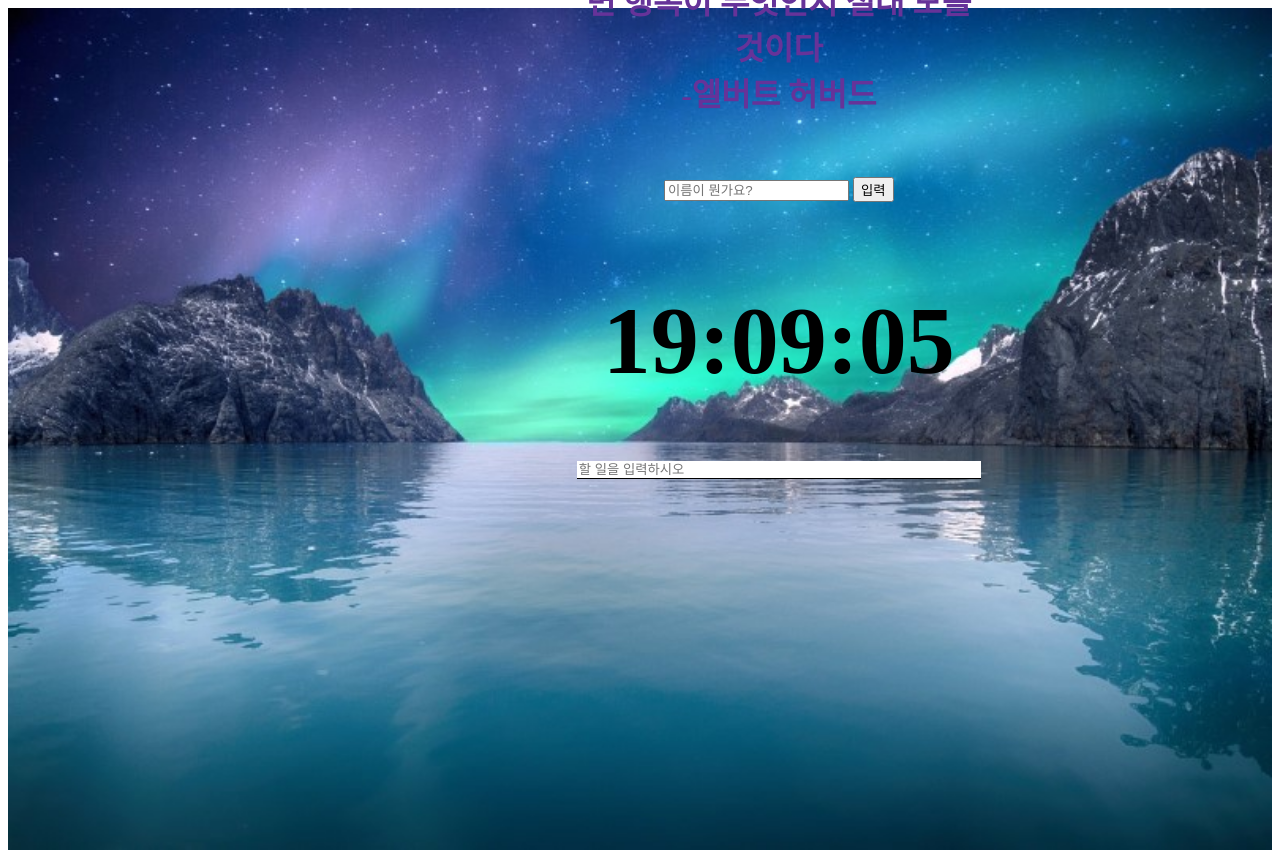
Repository: jun01270/F-E-practice
Page: index.html
These files come from the project's save history. The page is drawn as it stood at one moment and after the next save; the edit follows.
The browser window is 1280 px wide. The pictures show the whole page.

Above is the page before, as saved 2023-01-10 19:12:46.

### index.html
<!DOCTYPE html>
<html lang="en">
  <head>
    <meta charset="UTF-8" />
    <meta http-equiv="X-UA-Compatible" content="IE=edge" />
    <meta name="viewport" content="width=device-width, initial-scale=1.0" />
    <link rel="stylesheet" href="/css/style.css" />
    <title>Document</title>
  </head>
  <body>
    <div id="all">
      <form id="userName-form" class="hidden">
        <input required type="text" placeholder="이름이 뭔가요?" />
        <input type="submit" value="입력" />
      </form>
      <br />
      <h1 id="clock">00:00:00</h1>
      <form id="todo-form">
        <input id="input-blank" type="text" placeholder="할 일을 입력하시오" />
      </form>
      <ul id="todo-list"></ul>
      <div id="quote">
        <span></span>
        <div></div>
      </div>
    </div>
    <!-- <div>
      <form>
        <input type="submit" class="userName-form" />
      </form>
    </div> -->
    <script src="/js/greeting.js"></script>
    <script src="/js/clock.js"></script>
    <script src="/js/quotes.js"></script>
    <script src="/js/background.js"></script>
    <script src="js/todo.js"></script>
    <script src="/js/weather.js"></script>
  </body>
</html>

### css/style.css
.hidden {
  display: none;
}

#background {
  width: 100%;
  height: 100%;
  padding: 0;
}

body {
  position: relative;
}

#all {
  position: absolute;
  top: 20%;
  left: 45%;
  text-align: center;
}

#clock {
  font-size: 600%;
}

#input-blank {
  width: 400px;
  border-top: none;
  border-left: none;
  border-right: none;
  border-bottom: 1px solid black;
}

#todo-list {
  color: yellow;
}

#quote {
  position: absolute;
  bottom: 380px;
  color: rebeccapurple;
  font-size: xx-large;
  font-weight: bold;
}

#todo-list {
  list-style: none;
}

### js/greeting.js
const userNameBtn = document.querySelector("#userName-form submit");
const userName = document.querySelector("#userName-form input");
const loginForm = document.querySelector("#userName-form");
const firstH1 = document.getElementById("result");
const SavedUserName = localStorage.getItem("username");
const HIDDEN_CLASSNAME = "hidden";

function loginResult(e) {
  e.preventDefault();
  loginForm.classList.add(HIDDEN_CLASSNAME);
  const userName1 = userName.value;
  localStorage.setItem("username", userName1);
  paintUserName();
}

function paintUserName() {
  const userName1 = localStorage.getItem("username");
  firstH1.innerText = `Hello ${userName1}`;
  firstH1.classList.remove(HIDDEN_CLASSNAME);
}

if (SavedUserName === null) {
  loginForm.classList.remove(HIDDEN_CLASSNAME);
  loginForm.addEventListener("submit", loginResult);
} else {
  paintUserName();
}

function deleteUserName() {
  localStorage.removeItem("username");
  location.reload();
}

### js/clock.js
const all = document.querySelector("div#all");
const clock = all.querySelector("h1#clock");

function getClock() {
  const date = new Date();
  let Hours = String(date.getHours()).padStart(2, "0");
  let Minutes = String(date.getMinutes()).padStart(2, "0");
  let Seconds = String(date.getSeconds()).padStart(2, "0");
  // console.log(`${date.getHours()}:${date.getMinutes()}:${date.getSeconds()}`);
  clock.innerText = `${Hours}:${Minutes}:${Seconds}`;
}

getClock();
setInterval(getClock, 1000);

### js/quotes.js
const quotes = [
  {
    quote: "삶이 있는 한 희망은 있다",
    author: "-키케로",
  },
  {
    quote: "산다는것 그것은 치열한 전투이다.",
    author: "-로망로랑",
  },
  {
    quote: "하루에 3시간을 걸으면 7년 후에 지구를 한바퀴 돌 수 있다. ",
    author: "-사무엘존슨",
  },
  {
    quote: "언제나 현재에 집중할수 있다면 행복할것이다. ",
    author: "-파울로 코엘료",
  },
  {
    quote:
      "진정으로 웃으려면 고통을 참아야하며 , 나아가 고통을 즐길 줄 알아야 해 ",
    author: "-찰리 채플린",
  },
  {
    quote: "직업에서 행복을 찾아라. 아니면 행복이 무엇인지 절대 모를 것이다 ",
    author: "-엘버트 허버드",
  },
  {
    quote: "신은 용기있는자를 결코 버리지 않는다 ",
    author: "-켄러",
  },
  {
    quote:
      "행복의 문이 하나 닫히면 다른 문이 열린다 그러나 우리는 종종 닫힌 문을 멍하니 바라보다가 우리를 향해 열린 문을 보지 못하게 된다 ",
    author: "–헬렌켈러",
  },
  {
    quote: "피할수 없으면 즐겨라 ",
    author: "–로버트 엘리엇",
  },
];
const quoteCount = quotes.length;
const quote = document.querySelector("#quote span");
const author = document.querySelector("#quote div");

function showQuote() {
  const todaysQuote = quotes[Math.floor(Math.random() * quoteCount)];
  quote.innerText = todaysQuote.quote;
  author.innerText = todaysQuote.author;
}

showQuote();
setInterval(showQuote, 5000);

### js/background.js
const images = ["moon.jpg", "river.jpg", "orora.jpg"];
const chosenImage = images[Math.floor(Math.random() * images.length)];
const bgImage = document.createElement("img");
const content = document.getElementById("wrapper");
bgImage.id = "background";

bgImage.src = `img/${chosenImage}`;

document.body.appendChild(bgImage);
// bgImage.appendChild(content);

console.log(content);

### js/todo.js
const toDoForm = document.getElementById("todo-form");
const toDoInput = document.querySelector("#todo-form input");
const toDoLists = document.getElementById("todo-list");
const toDoId = document.querySelector("ul#todo-list li");
const TODOS_KEY = "todos";
let toDos = [];

function saveToDoLists() {
  localStorage.setItem(TODOS_KEY, JSON.stringify(toDos));
}

function deleteToDo(e) {
  const toDoList = e.target.parentNode;
  toDoList.remove();
  toDos = toDos.filter((toDo) => toDo.id !== parseInt(toDoList.id));
  saveToDoLists();
}

function paintToDo(newToDoObj) {
  const listOfToDo = document.createElement("li");
  listOfToDo.id = newToDoObj.id;
  const span = document.createElement("span");
  span.innerText = newToDoObj.text;
  const deleteButton = document.createElement("button");
  deleteButton.innerText = "❌";
  deleteButton.addEventListener("click", deleteToDo);
  listOfToDo.appendChild(span);
  listOfToDo.appendChild(deleteButton);
  toDoLists.appendChild(listOfToDo);
}

function handleToDoSubmit(e) {
  e.preventDefault();
  const newToDo = toDoInput.value;
  toDoInput.value = "";
  const newToDoObj = {
    text: newToDo,
    id: toDos.length + 1,
  };
  toDos.push(newToDoObj);
  paintToDo(newToDoObj);
  saveToDoLists();
}

toDoForm.addEventListener("submit", handleToDoSubmit);

const getToDo = localStorage.getItem(TODOS_KEY);
if (getToDo !== null) {
  const parseToDo = JSON.parse(getToDo);
  toDos = parseToDo;
  parseToDo.forEach(paintToDo);
}

### js/weather.js
const API_KEY = "fbf7375beaa21a73574692bdaef4a2e7";

function onGeoSuc(position) {
  const lat = position.coords.latitude;
  const lon = position.coords.longitude;
  console.log("Your position is", lat, lon);
  const url = `https://api.openweathermap.org/geo/1.0/reverse?lat=${lat}&lon=${lon}&limit={limit}&appid=${API_KEY}`;
  console.log(url);
}

function onGeoErr() {
  alert("위치를 찾을 수 없습니다.");
}
navigator.geolocation.getCurrentPosition(onGeoSuc, onGeoErr);

After the next save:
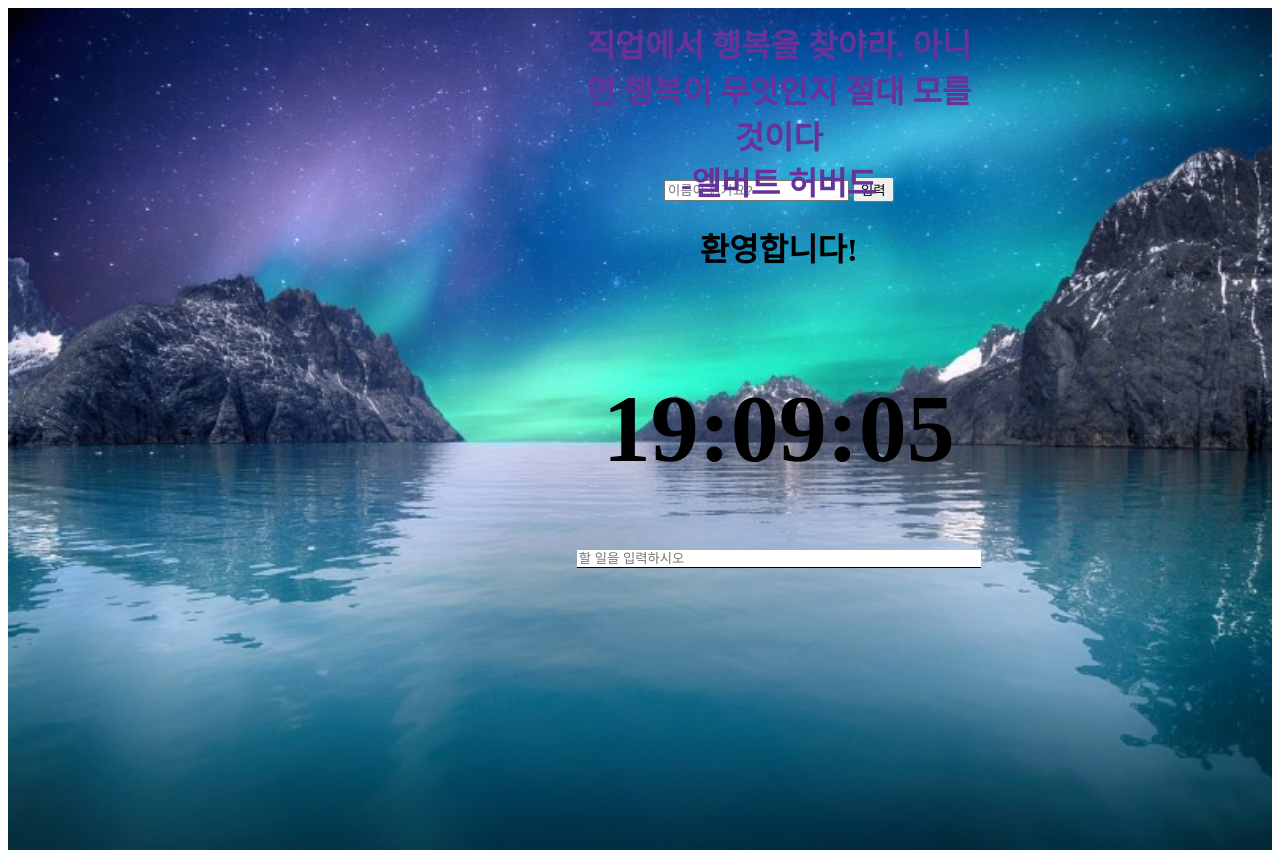
Saved 95 s later.
--- a/index.html
+++ b/index.html
@@ -12,6 +12,7 @@
       <form id="userName-form" class="hidden">
         <input required type="text" placeholder="이름이 뭔가요?" />
         <input type="submit" value="입력" />
+        <h1 class="result">환영합니다!</h1>
       </form>
       <br />
       <h1 id="clock">00:00:00</h1>
